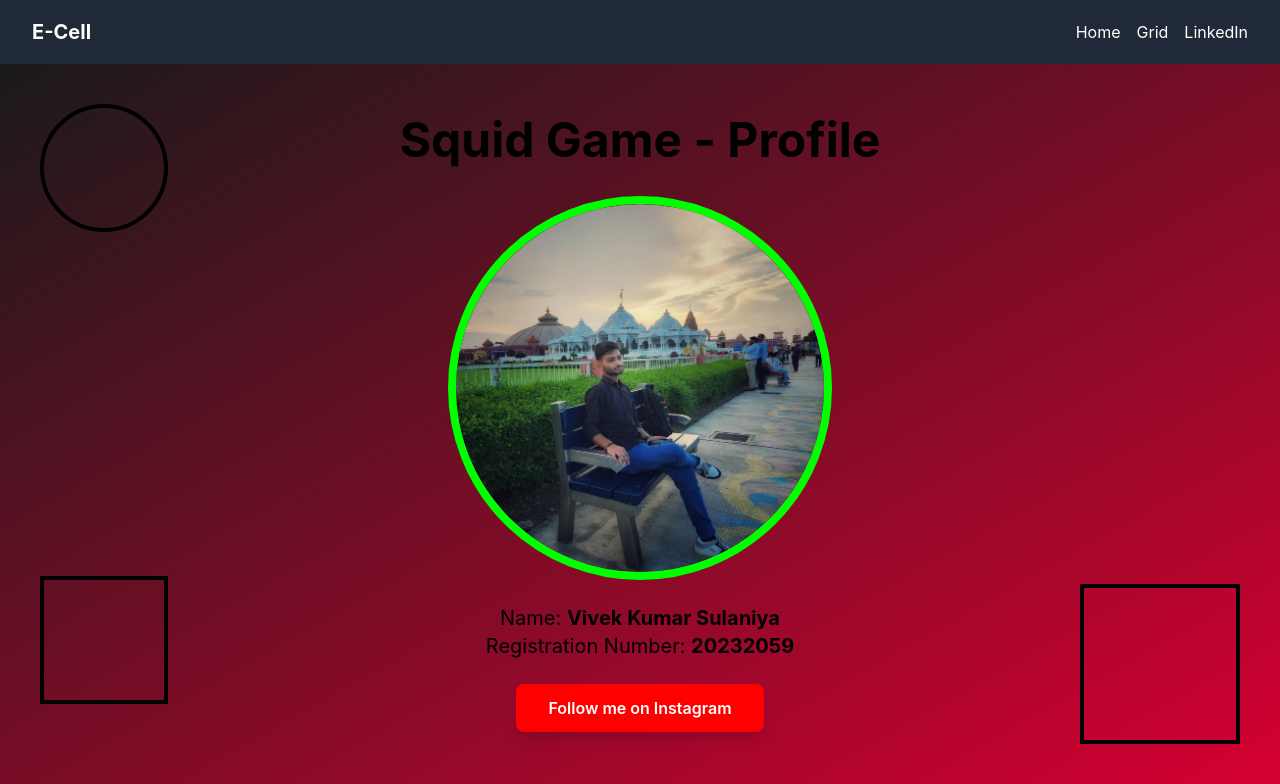
Repository: Vivek300705/Dashboard
Page: /second-page
An editor plug-in stored every save of this project. The page is shown before and after the next save, followed by the edit.
The browser window is 1280 px wide. The pictures show the whole page.
The project was rebuilt for these pictures with package versions that can differ from the ones it lists, and the page was loaded fresh each time. Also part of the build but not shown: src/components/Home.js.

Above is the page before, as saved 2025-01-22 23:20:16.

After the next save:
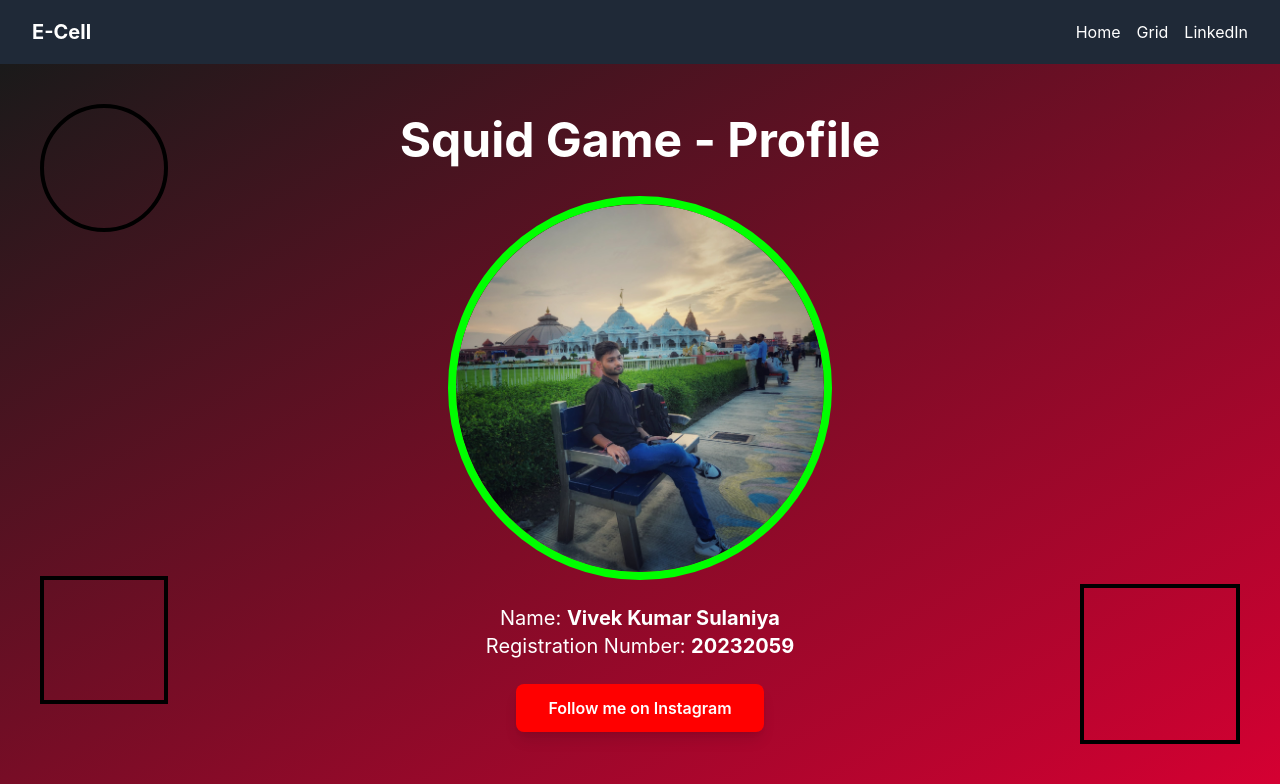
Saved 14 s later.
--- a/src/components/Profile.js
+++ b/src/components/Profile.js
@@ -6,7 +6,7 @@
   };
 
   return (
-    <div className="min-h-screen flex flex-col items-center justify-center bg-gradient-to-br from-[#1A1A1A] to-[#D50032] text-black relative">
+    <div className="min-h-screen flex flex-col items-center justify-center bg-gradient-to-br from-[#1A1A1A] to-[#D50032] text-white relative">
       {/* Squid Game Style Header */}
       <div className="text-5xl font-bold mb-8 text-center">
         Squid Game - Profile
